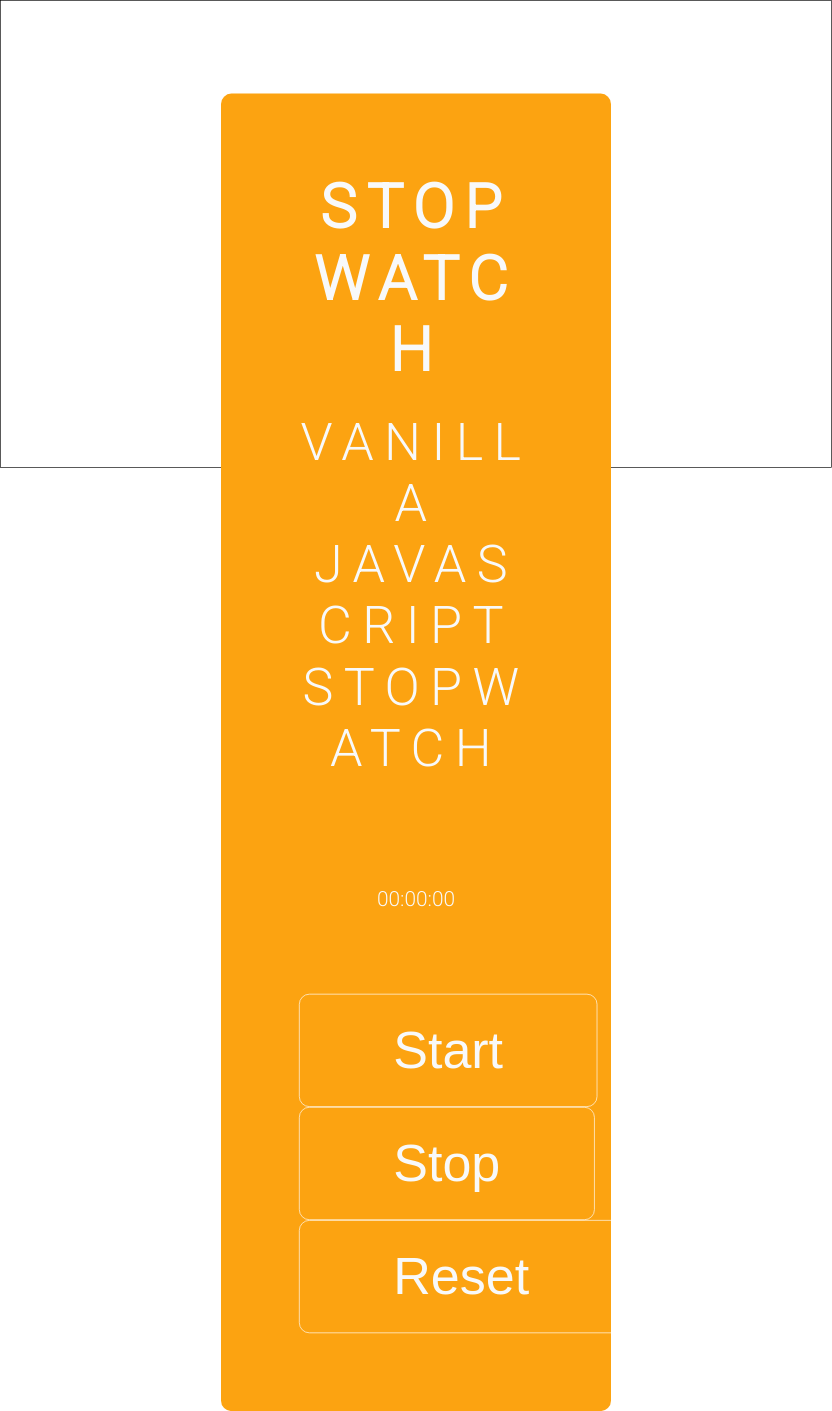
Repository: siaxiong/siaxiong.github.io
Page: doc/stopWatch.html
The author's editor kept a copy of each file at every save. The page is drawn from the files as they stood at one save, then again after the next save.
The browser window is 1280 px wide. The pictures show the whole page, at 65% of full size.

Above is the page before, as saved 2021-03-11 16:27:50.

### doc/stopWatch.html
<!DOCTYPE html>
<html lang="en">

<head>
    <meta charset="UTF-8">
    <meta http-equiv="X-UA-Compatible" content="IE=edge">
    <meta name="viewport" content="width=device-width, initial-scale=1.0">
    <link rel="preconnect" href="https://fonts.gstatic.com">
    <link href="https://fonts.googleapis.com/css2?family=Roboto:wght@300&display=swap" rel="stylesheet">
    <title>StopWatch</title>
</head>

<style>
    * {
        box-sizing: border-box;
        padding: 0;
        margin: 0;
    }


    .container {
        border: 1px solid black;
        height: 100vh;
    }

    .stopwatch {
        margin: 0 auto;
        max-width: 600px;
        width: 100%;

        color: #f8f9fa;
        font-family: 'Roboto', sans-serif;
        text-align: center;

        font-size: 1.5rem;
        border-radius: 0.2em;

    }

    .stopwatch--orange {
        background-color: #fca311;

    }

    .stopwatch__title,
    .stopwatch__buttons {
        padding: 1.5em;
        /* margin: 1em 0; */
        /* border: 1px solid yellow; */
    }

    .stopwatch__title {
        overflow-wrap: break-word;
        letter-spacing: 0.2em;
        /* font-size: 1.5rem; */
    }

    .stopwatch__title>* + *{
        margin: 0.5em 0;

    }

    .stopwatch__buttons {
        display: flex;
        justify-content: space-around;
        flex-wrap: wrap;
    }

    .stopwatch__button:focus {
        /* outline: none */
    }



    .stopwatch__time {
        overflow-wrap: break-word;
        font-size: 2rem;
        padding: 0.2em;
    }

    .stopwatch__buttons>* {
        border: 1px solid #fff;
        border-radius: 0.2em;
        padding: 0.5em 1.8em;
        font-size: inherit;
        color: inherit;
        background-color: inherit;

    }

    .stopwatch--position {
        position: absolute;
        top: 20%;
        left: 50%;
        transform: translateX(-50%);

    }

    .stopwatch--medium {
        font-size: 5rem;
    }

    @media only screen and (max-width: 700px) {
        .stopwatch {
            max-width: 90%;
        }
    }

    @media only screen and (max-width:556px) {
        .stopwatch__buttons>* {
            flex: 1;
        }
    }
</style>

<body>

    <!-----USE BEM METHODOLOGY-->
    <div class="container">

        <div class="stopwatch stopwatch--orange stopwatch--medium stopwatch--position">
            <div class="stopwatch__title">
                <h3>STOPWATCH</h3>
                <p>VANILLA JAVASCRIPT STOPWATCH</p>
            </div>

            <div id="stopwatch__time" class="stopwatch__time">
                00:00:00

            </div>

            <div class="stopwatch__buttons">
                <button id="stopwatch__button--start" class="stopwatch__button">
                    Start
                </button>
                <button id="stopwatch__button--stop" class="stopwatch__button">
                    Stop
                </button>
                <button id="stopwatch__button--reset"class="stopwatch__button">
                    Reset
                </button>
            </div>

        </div>

    </div>

    <script>

        let startButton = document.getElementById('stopwatch__button--start');
        let stopButton = document.getElementById('stopwatch__button--stop');
        let resetButton = document.getElementById('stopwatch__button--reset');

        let startTime;
        let elapsedTime = 0;
        let timerInterval;

        startButton.addEventListener("click", start);
        stopButton.addEventListener("click", stop);
        resetButton.addEventListener("click", reset);



        function start(){
            startTime = Date.now() - elapsedTime;
            timerInterval = setInterval(function printTime(){
                elapsedTime = Date.now() - startTime;
                print(timeToString(elapsedTime));
            }, 10)
        }

        function stop(){
            clearInterval(timerInterval);
        }

        function reset(){
            clearInterval(timerInterval);
            print("00:00:00");
            elapsedTime = 0;
        }

        function print(txt){
            document.getElementById("stopwatch__time").innerHTML = txt;
        }

        function timeToString(time) {

            let diffInHrs = time / 3600000;
            let hh = Math.floor(diffInHrs)

            let diffInMin = (diffInHrs - hh) * 60;
            let mm = Math.floor(diffInMin)

            let diffInSec = (diffInMin - mm) * 60;
            let ss = Math.floor(diffInSec);

            let DiffInMs = (diffInSec - ss) * 100;
            let ms = Math.floor(DiffInMs);


            let formattedMM = mm.toString().padStart(2, "0");
            let formattedSS = ss.toString().padStart(2, "0");
            let formattedMS = ms.toString().padStart(2, "0");


            return `${formattedMM}:${formattedSS}:${formattedMS}`;
        }




    </script>


</body>

</html>

After the next save:
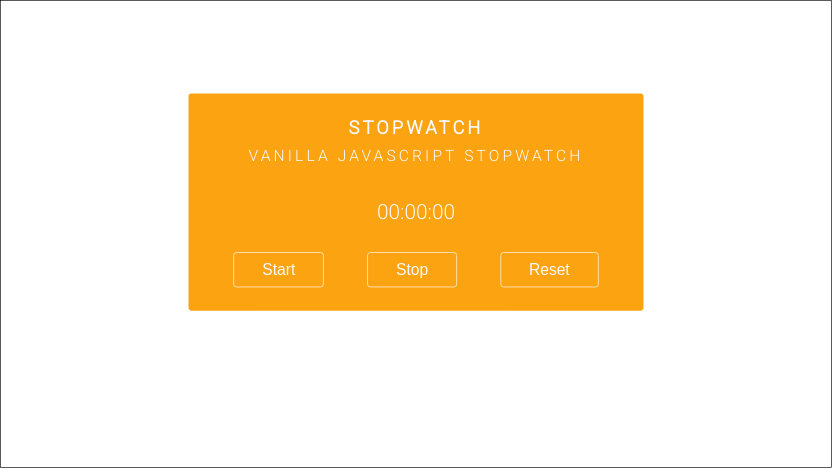
Saved 29 s later.
--- a/doc/stopWatch.html
+++ b/doc/stopWatch.html
@@ -97,7 +97,8 @@
     }
 
     .stopwatch--medium {
-        font-size: 5rem;
+        font-size: 1.5rem;
+        max-width: 700px;
     }
 
     @media only screen and (max-width: 700px) {
